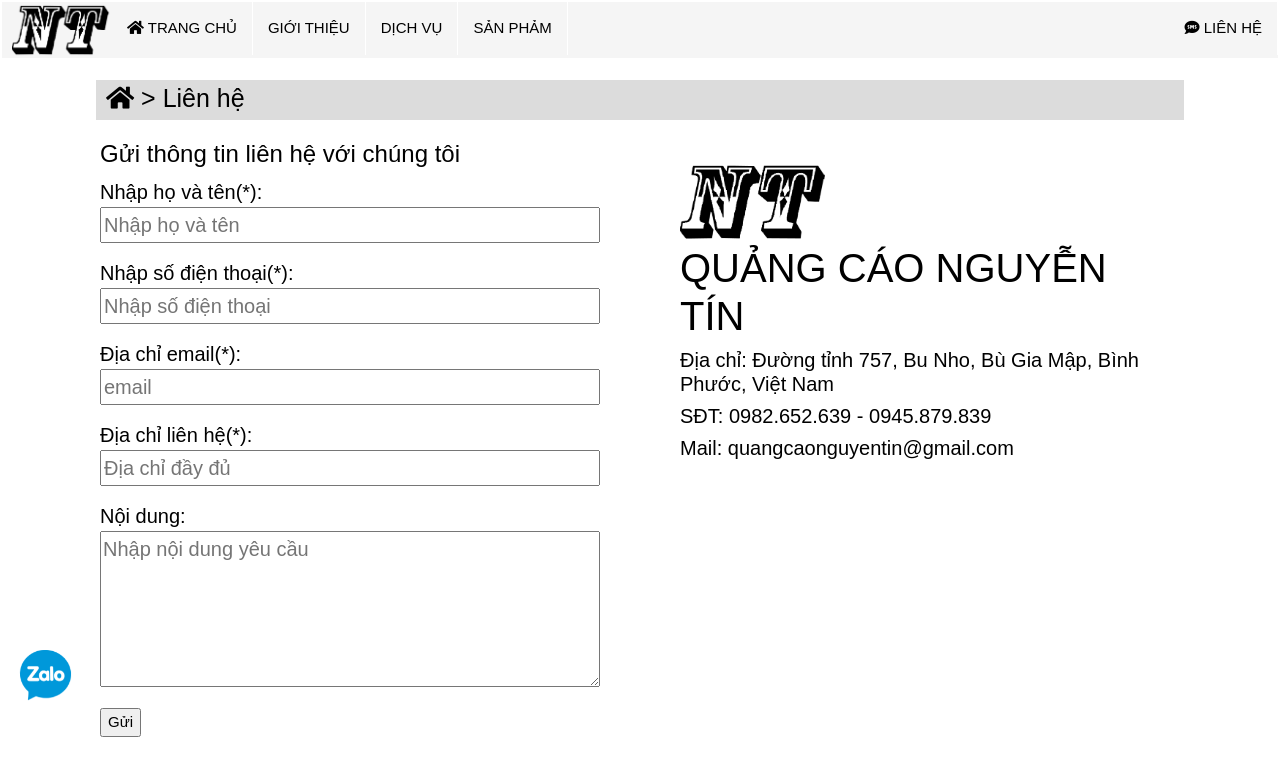
Repository: Haunguyen42193/quangcaonguyentin.github.io
Page: contact.html
These files come from the project's save history. The page is drawn as it stood at one moment and after the next save; the edit follows.
The browser window is 1280 px wide. The pictures show the part of the page from y = 0 to 757 px (the page is 1526 px tall).
Pictures or frames that could not be fetched are drawn as grey boxes. Some web fonts or font styles are not loaded; a fallback is used. Some web libraries are served in a nearby version.

Above is the page before, as saved 2021-09-17 18:57:30.

After the next save:
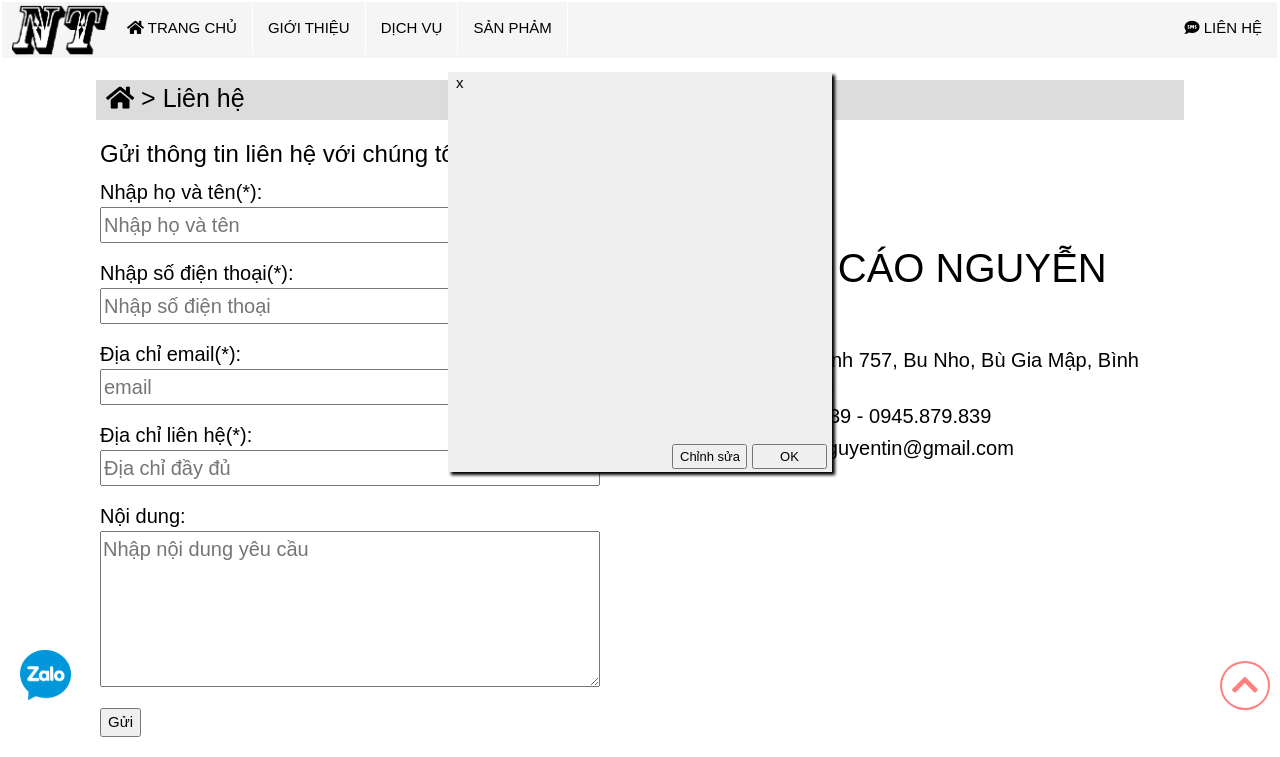
Console error: SyntaxError: Unexpected identifier 'phone'
Saved 2 min 1 s later.
--- a/Js/main.js
+++ b/Js/main.js
@@ -27,7 +27,7 @@
                 name.css({"outline": "2px solid red"})
             else
                 name.css({"outline": "none"})
-            if(!isNaN(phone.val()))
+            if(!isNaN("phone.val())")
                 phone.css({"outline": "2px solid red"})
             else
                 phone.css({"outline": "none"})

After the save that followed:
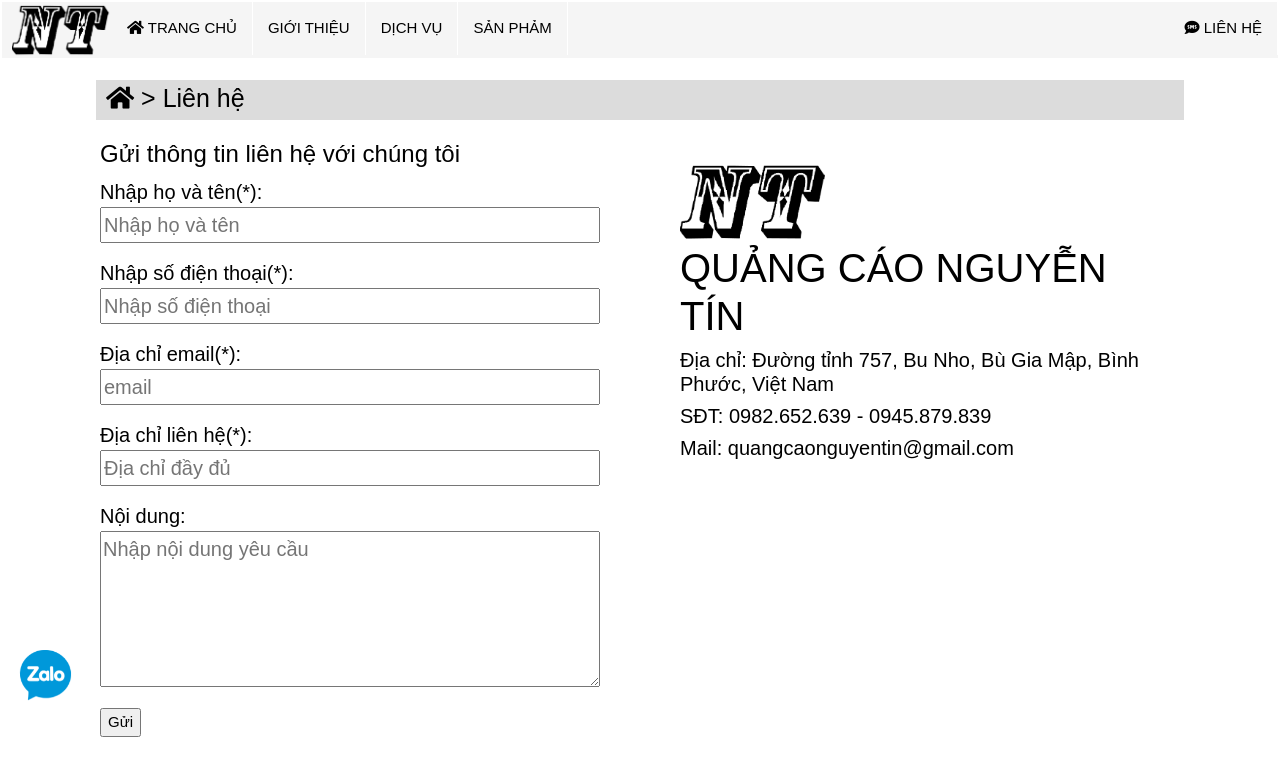
The error is gone.
Saved 11 s later.
--- a/Js/main.js
+++ b/Js/main.js
@@ -27,7 +27,7 @@
                 name.css({"outline": "2px solid red"})
             else
                 name.css({"outline": "none"})
-            if(!isNaN("phone.val())")
+            if(!isNaN("phone.val()"))
                 phone.css({"outline": "2px solid red"})
             else
                 phone.css({"outline": "none"})
